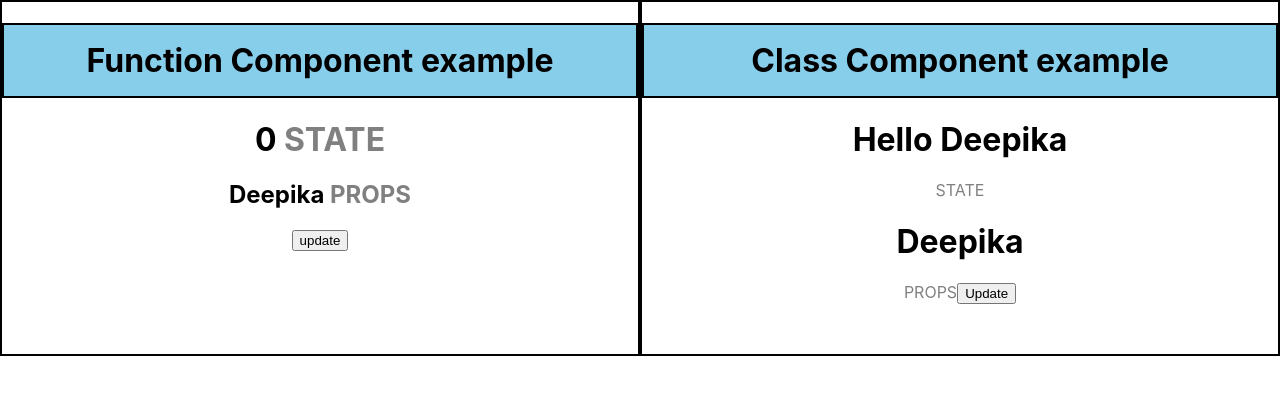
Repository: DeepikaSuretek/React
Page: / (app in practice-app/)
The author's editor kept a copy of each file at every save. The page is drawn from the files as they stood at one save, then again after the next save.
The browser window is 1280 px wide. The pictures show the whole page.
The project was rebuilt for these pictures with package versions that can differ from the ones it lists, and the page was loaded fresh each time.

Above is the page before, as saved 2024-07-08 20:04:11.

### practice-app/src/App.js
import './App.css';
import User from './class-component/class';
import Fun from './functional-component/function'

function App() {
  return (
    <div className="App" style={{display: "inline-flex",
      width: "100%"}}>
      <div style={{width:"50%",border: "2px solid","padding-bottom": "50px"}}>
        <h1 style={{"background-color": "skyblue","padding": "16px","border": "2px solid"}}>Function Component example</h1>
        <Fun name="Deepika" />
      </div>
      <div style={{width:"50%",border: "2px solid","padding-bottom": "50px"}}>
        <h1 style={{"background-color": "skyblue","padding": "16px","border": "2px solid"}}>Class Component example</h1>
        <User name="Deepika"></User>
        </div>

    </div>
  );
}

export default App;

### practice-app/src/App.css
.App {
  text-align: center;
}

.App-logo {
  height: 40vmin;
  pointer-events: none;
}

@media (prefers-reduced-motion: no-preference) {
  .App-logo {
    animation: App-logo-spin infinite 20s linear;
  }
}

.App-header {
  background-color: #282c34;
  min-height: 100vh;
  display: flex;
  flex-direction: column;
  align-items: center;
  justify-content: center;
  font-size: calc(10px + 2vmin);
  color: white;
}

.App-link {
  color: #61dafb;
}

@keyframes App-logo-spin {
  from {
    transform: rotate(0deg);
  }
  to {
    transform: rotate(360deg);
  }
}

.loader{
  height: 100px;
  width: 100px;
  border: 8px solid;
  border-color: black black black red;
  border-radius: 50%;
  animation: App-logo-spin 2s linear infinite;
}

.highlight{
  color:gray
}

### practice-app/src/class-component/class.js
import { Component } from "react"

class User extends Component{
    constructor(){
        super();
        this.state = {
            data:'Deepika'
        }
    }

    changeData(){
        this.setState({data:"changes"});
    }
    render(){
        return(
           <div><h1>Hello {this.state.data}</h1> <span className="highlight">STATE</span>
           <h1>{this.props.name}</h1><span className="highlight">PROPS</span>
           <button onClick={()=>this.changeData()}>Update</button>
           </div>

        )
    }
}

export default User;

### practice-app/src/functional-component/function.js
import { useState } from "react";

function Fun(props) {
    const [count,setCount] = useState(0);
    function updateCount(){
       setCount(count+1);
    }
    return(
        <div>
            <h1>{count} <span className="highlight">STATE</span></h1>
            <h2>{props.name}  <span className="highlight"> PROPS</span></h2>
            <button onClick={updateCount}>update</button>
        </div>

    )
}

export default Fun;

Loaded but not shown: practice-app/public/index.html (common file); practice-app/src/index.js (common file); practice-app/src/index.css (common file); practice-app/src/reportWebVitals.js (common file)

After the next save:
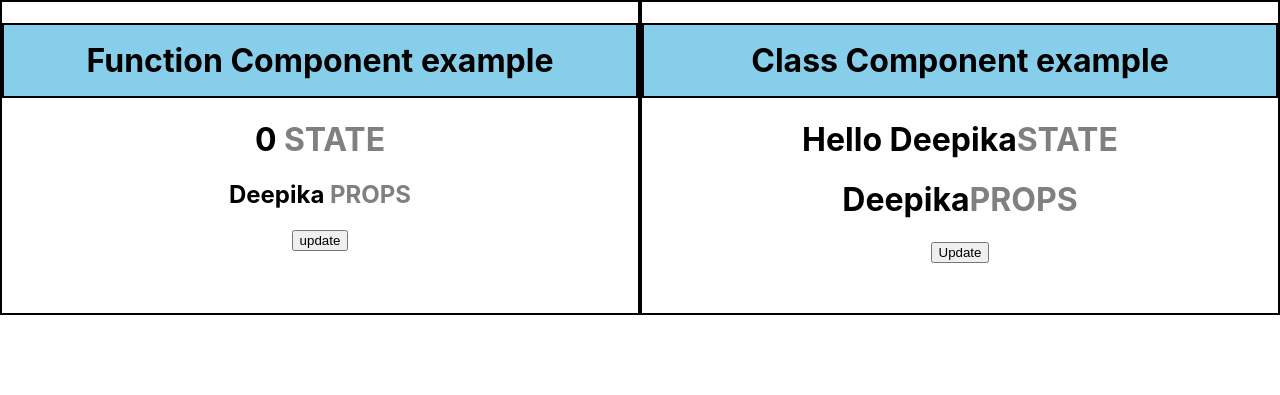
Saved 34 s later.
--- a/practice-app/src/class-component/class.js
+++ b/practice-app/src/class-component/class.js
@@ -13,8 +13,8 @@ class User extends Component{
     }
     render(){
         return(
-           <div><h1>Hello {this.state.data}</h1> <span className="highlight">STATE</span>
-           <h1>{this.props.name}</h1><span className="highlight">PROPS</span>
+           <div><h1>Hello {this.state.data}<span className="highlight">STATE</span></h1>
+           <h1>{this.props.name}<span className="highlight">PROPS</span></h1>
            <button onClick={()=>this.changeData()}>Update</button>
            </div>
 
